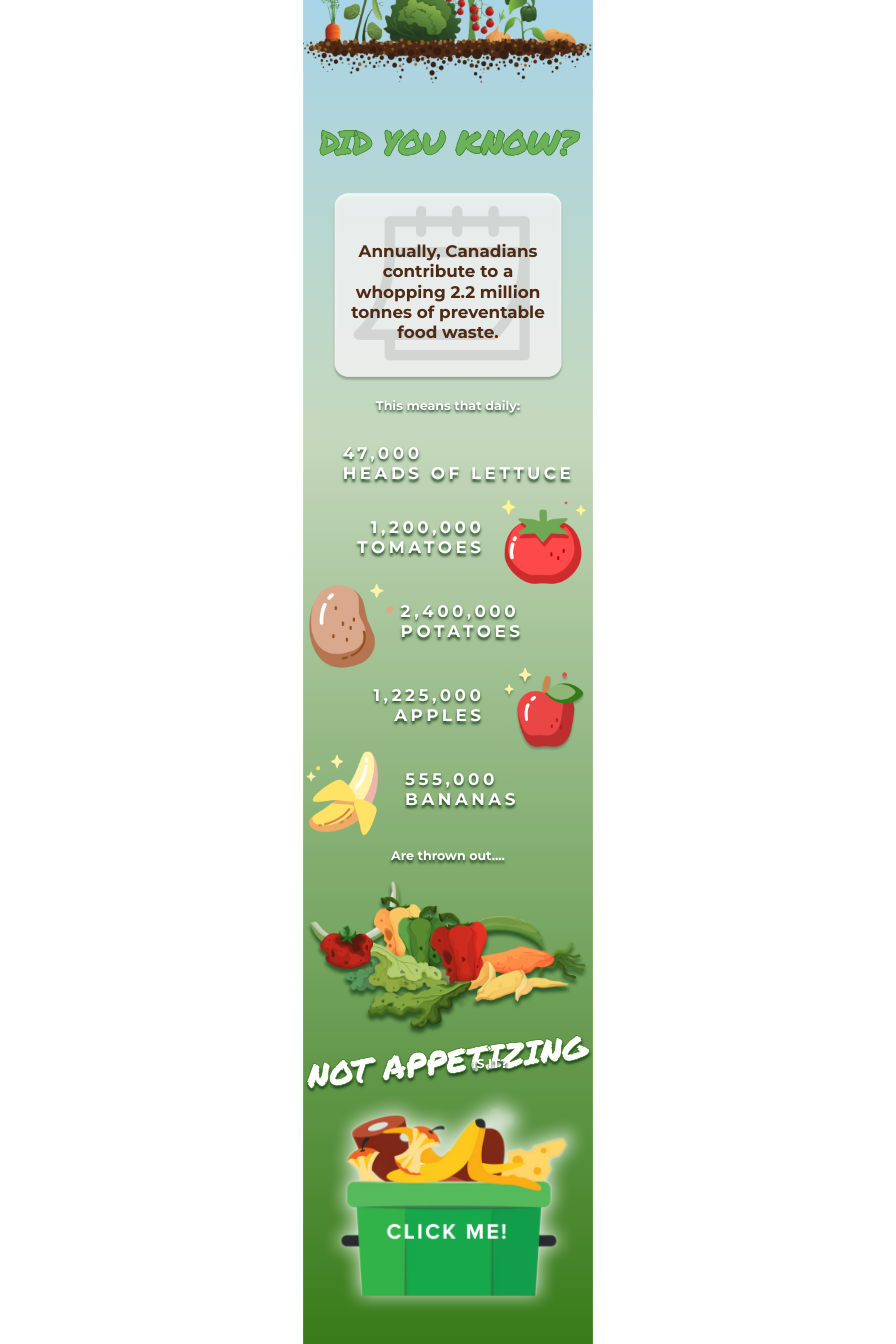
Repository: zoelake/DCDmidterm
Page: page1/index.html
An editor plug-in stored every save of this project. The page is shown before and after the next save, followed by the edit.
The browser window is 1280 px wide. The pictures show the part of the page from y = 680 to 2600 px (the page is 2600 px tall), at 70% of full size.

Above is the page before, as saved 2021-03-06 17:57:18.

After the next save:
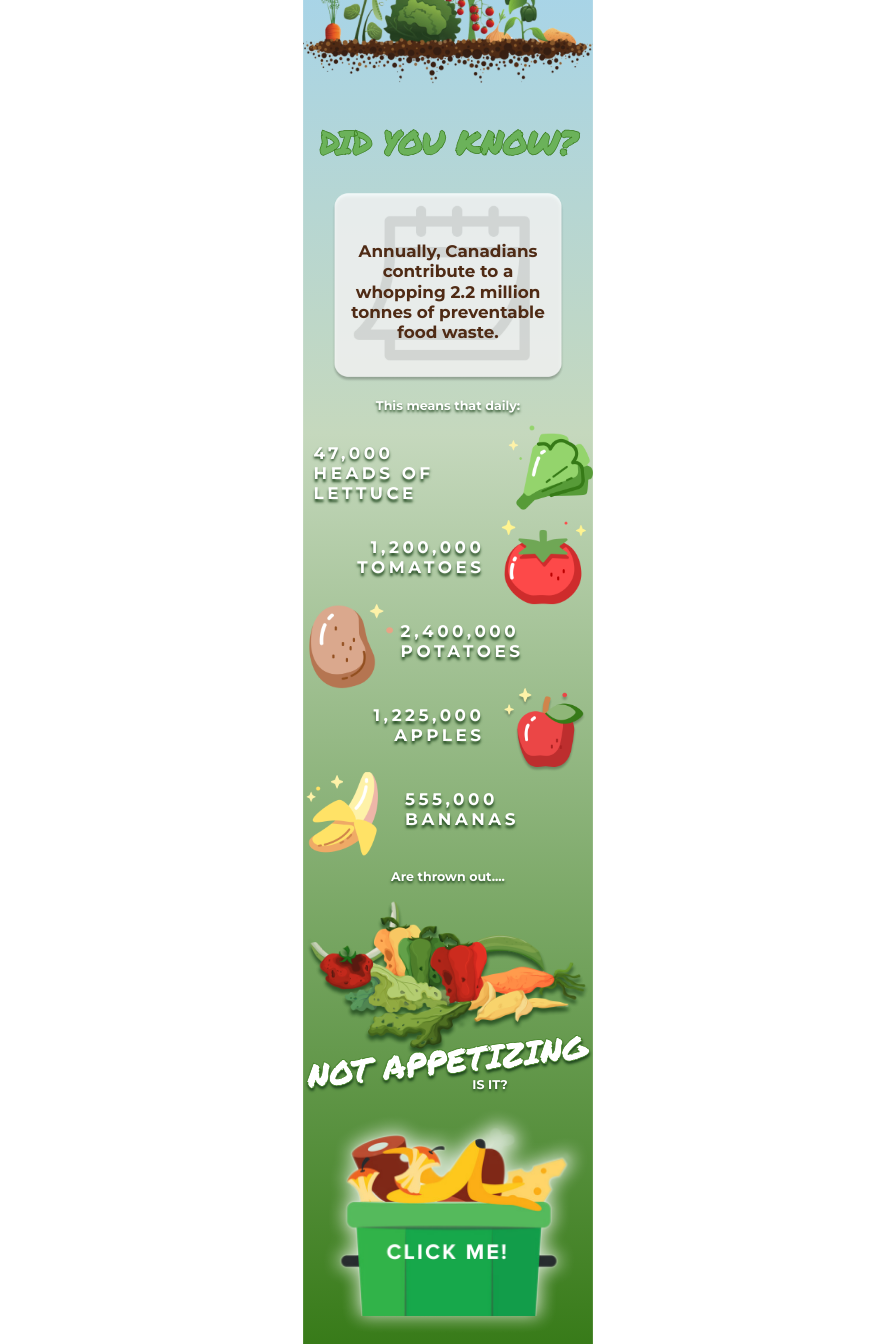
Saved 5 s later.
--- a/page1/index.html
+++ b/page1/index.html
@@ -72,6 +72,7 @@
     </div>
     <script src="animate.js"></script>
     <script src="image.js"></script>
+    <script src="workflow.js"></script>
 </body>
 
 </html>
